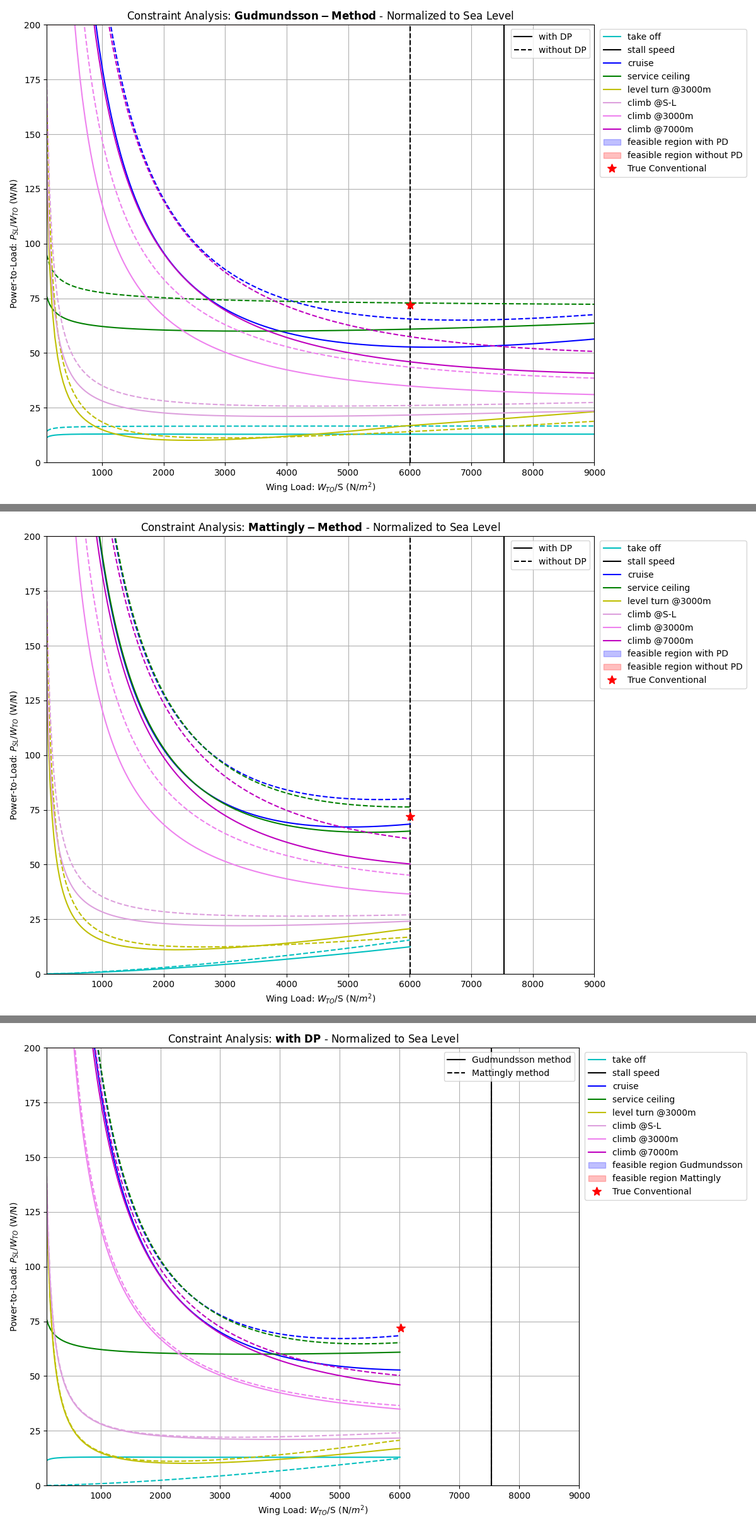
Repository: 12libao/DEA
Script's output: python Sizing_Method/ConstrainsAnalysis/ConstrainsAnalysisPD.py
An editor plug-in stored every save of this project. The script's output is shown before and after the next save, followed by the edit.
The pictures are shown at 63% of full size.
Each picture stacks the figures in order, with grey between them; figures that are only written to a file come last. Random numbers start from a fixed seed.

Above is the script's output before, as saved 2021-07-14 16:04:57.

After the next save:
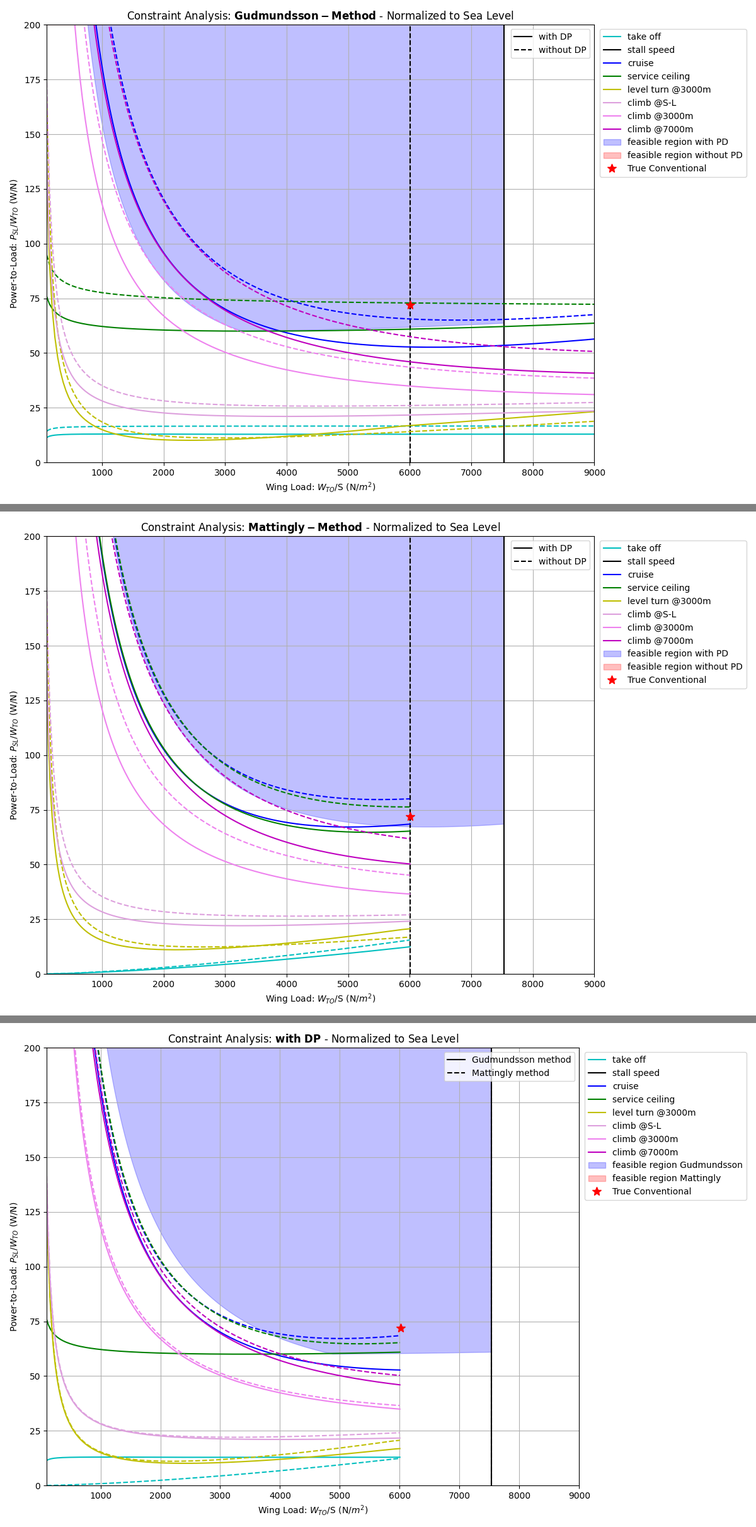
Saved 15 s later.
--- a/Sizing_Method/ConstrainsAnalysis/ConstrainsAnalysisPD.py
+++ b/Sizing_Method/ConstrainsAnalysis/ConstrainsAnalysisPD.py
@@ -300,11 +300,6 @@
                     a8*x**6 + a9*x**7 + a10*x**8
                 return f
 
-            if i == 1:
-                xdata, ydata = p_w[i, :], np.linspace(0, 250, n)
-                popt, _ = curve_fit(func, xdata, ydata)
-                p_w[i, :] = func(w_s, popt[0], popt[1], popt[2],
-                                 popt[3], popt[4], popt[5], popt[6], popt[7], popt[8], popt[9], popt[10])
 
         p_w[[0,1]]=p_w[[1,0]]
         w_s = np.linspace(100, p_w[0, 1], n)

After the 4 saves that followed:
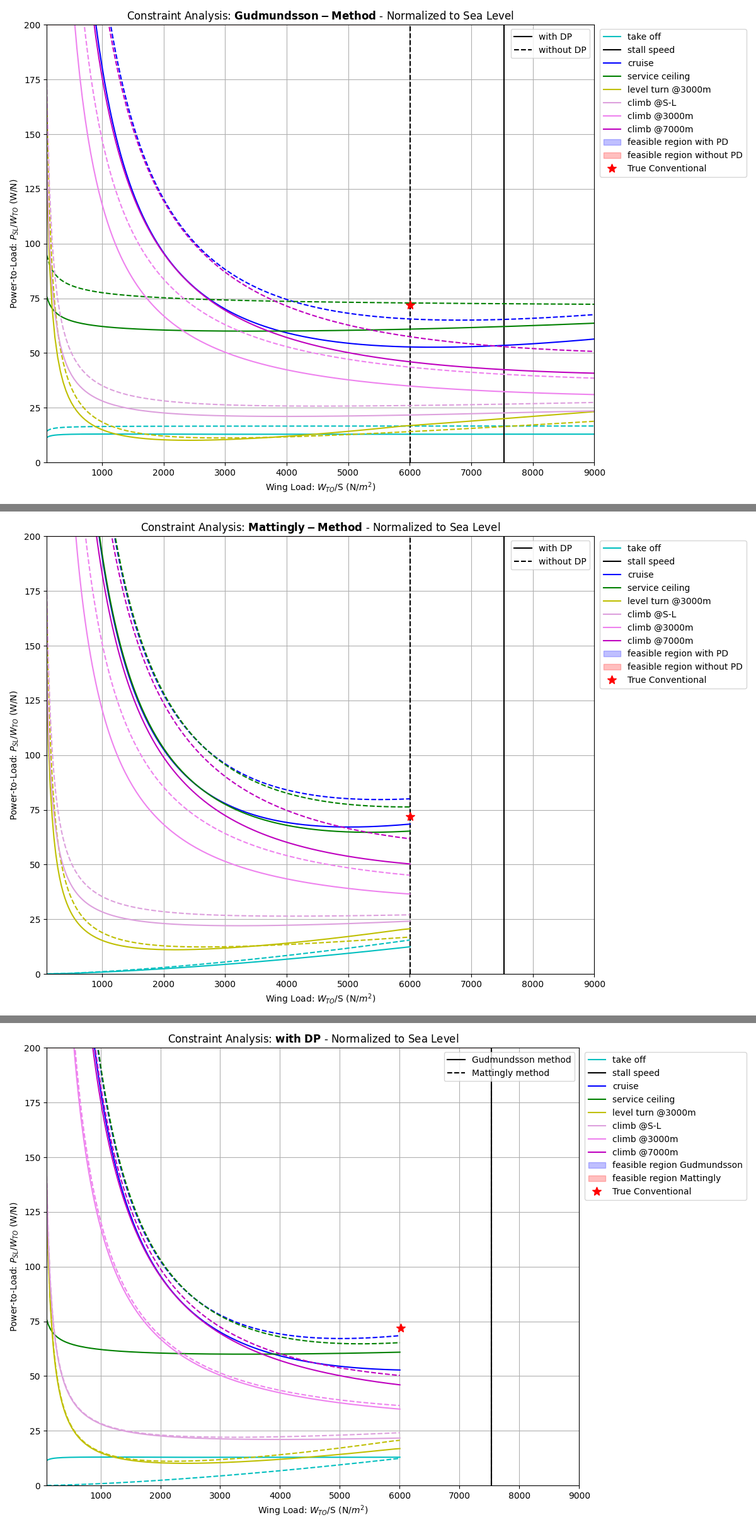
The 4 saves are shown as one change because 1 did not build or start and 1 left the picture as it was and some came seconds apart.
The last was saved 2 min 4 s later.
--- a/Sizing_Method/ConstrainsAnalysis/ConstrainsAnalysisPD.py
+++ b/Sizing_Method/ConstrainsAnalysis/ConstrainsAnalysisPD.py
@@ -294,14 +294,7 @@
                 plt.plot(w_s, p_w[i, :], color=color[i], label=constrains_name[i])
                 plt.plot(w_s, p_w[i + m, :], color=color[i], linestyle='--')
 
-            def func(x, a0, a1, a2, a3, a4, a5, a6, a7, a8, a9, a10):
-                f = a0 + a1*x + a2*x**2 + a3*x**3 + a4*x**4 + a5 * \
-                    np.sin(x) + a6*np.cos(x) + a7*x**5 + \
-                    a8*x**6 + a9*x**7 + a10*x**8
-                return f
-
-
-        p_w[[0,1]]=p_w[[1,0]]
+        p_w[[0, 1]], p_w[[0, 1]] = p_w[[1, 0]]
         w_s = np.linspace(100, p_w[0, 1], n)
         plt.fill_between(w_s, np.amax(p_w[1:m, :], axis=0), 200, color='b', alpha=0.25,
                          label=label[k])
